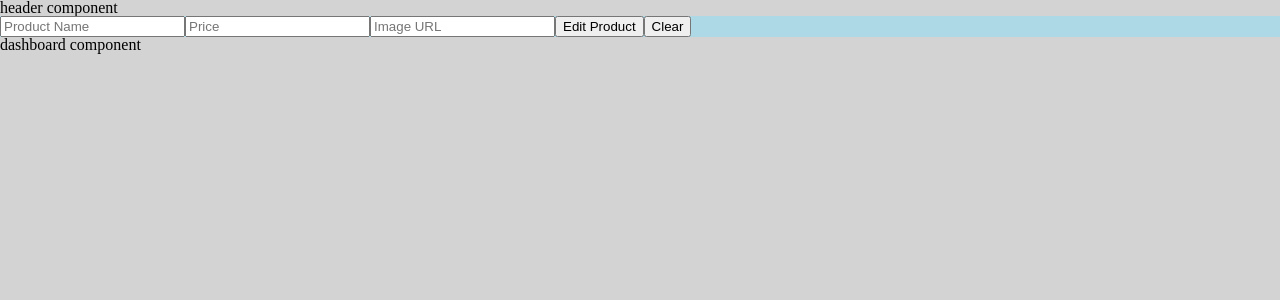
Repository: ooter37/shelfie
Page: /
These files come from the project's save history. The page is drawn as it stood at one moment and after the next save; the edit follows.
The browser window is 1280 px wide. The pictures show the whole page.
The page's requests for data from a server got no answer. The project was rebuilt for these pictures with package versions that can differ from the ones it lists, and the page was loaded fresh each time. No one was signed in, and anything a server would have sent is missing. Also part of the build but not shown: src/Components/Product/Product.js.

Above is the page before, as saved 2020-04-03 17:21:03.

After the next save:
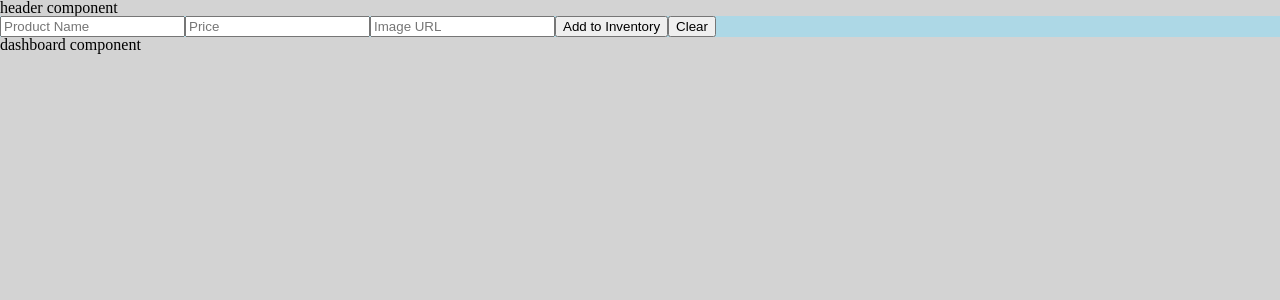
Saved 28 s later.
--- a/src/Components/Form/Form.js
+++ b/src/Components/Form/Form.js
@@ -8,8 +8,8 @@ export default class Form extends React.Component {
             name: '',
             price: '',
             img: '',
-            add: 'true',
-            edit: 'true'
+            add: true,
+            edit: false
         }
         this.nameChangeHandler = this.nameChangeHandler.bind(this)
         this.priceChangeHandler = this.priceChangeHandler.bind(this)
@@ -101,7 +101,7 @@ export default class Form extends React.Component {
                     placeholder='Image URL'
                 ></input>
                 <button hidden={this.state.edit} onClick={this.addProduct}>Add to Inventory</button>
-                <button hidden={false} onClick={this.addProduct}>Edit Product</button>
+                <button hidden={this.state.add} onClick={this.addProduct}>Edit Product</button>
                 <button
                     onClick={this.resetButton}
                 >Clear</button>
